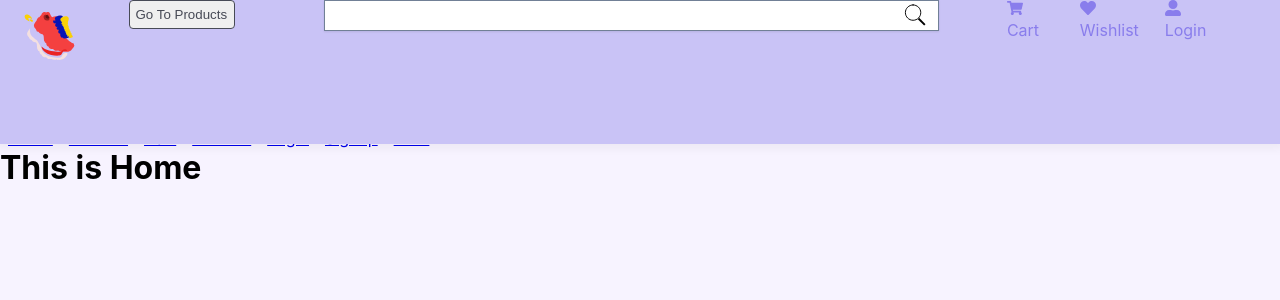
Repository: Irfan-vit/shoecase
Page: /
These files come from the project's save history. The page is drawn as it stood at one moment and after the next save; the edit follows.
The browser window is 1280 px wide. The pictures show the whole page.
The page's requests for data from a server got no answer. The project was rebuilt for these pictures with package versions that can differ from the ones it lists, and the page was loaded fresh each time. No one was signed in, and anything a server would have sent is missing. Also part of the build but not shown: src/pages/Product/ProductPage.jsx, src/pages/cart/CartPage.jsx, src/pages/wishlist/WishlistPage.jsx, src/pages/login/LoginPage.jsx, src/pages/signup/SignupPage.jsx, src/pages/user/StyledUser.jsx, src/components/forms/addAddress/AddAddress.jsx, src/components/forms/editAddress/EditAddress.jsx and 4 more.

Above is the page before, as saved 2023-05-22 04:55:25.

After the next save:
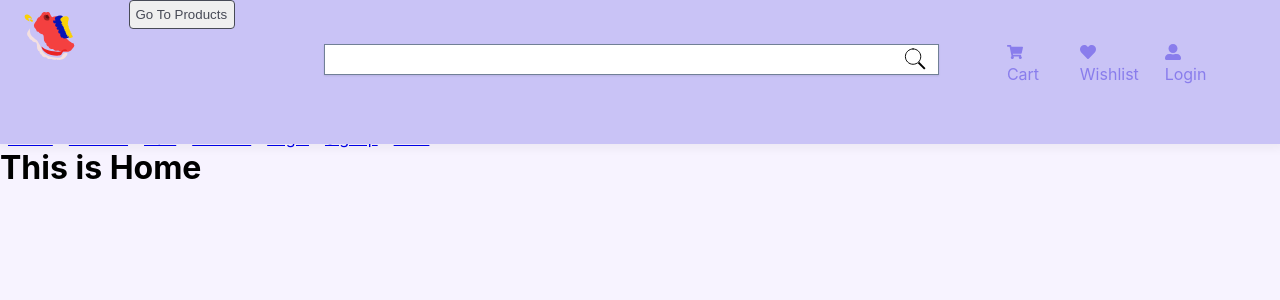
Saved 7 s later.
--- a/src/styles/NavBarStyles.jsx
+++ b/src/styles/NavBarStyles.jsx
@@ -38,7 +38,7 @@ const StyledNav = styled.nav`
     display: flex;
     flex-flow: row wrap;
     justify-content: space-between;
-    align-items: ;
+    align-items: baseline;
     > :nth-child(1) {
       display: flex;
       flex-flow: row;
